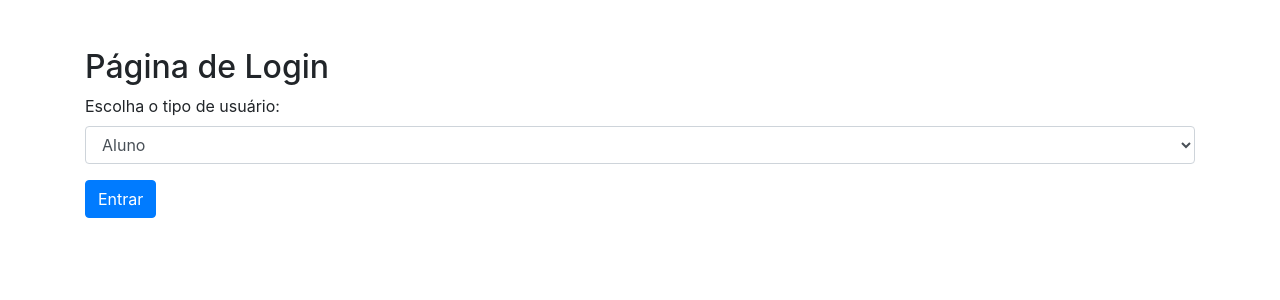
Repository: IrisRPerrorni/APIFullstackGerenciamentoEscolar
Page: Front/index.html
An editor plug-in stored every save of this project. The page is shown before and after the next save, followed by the edit.
The browser window is 1280 px wide. The pictures show the whole page.
Some web libraries are served in a nearby version.

Above is the page before, as saved 2023-09-22 14:09:58.

After the next save:
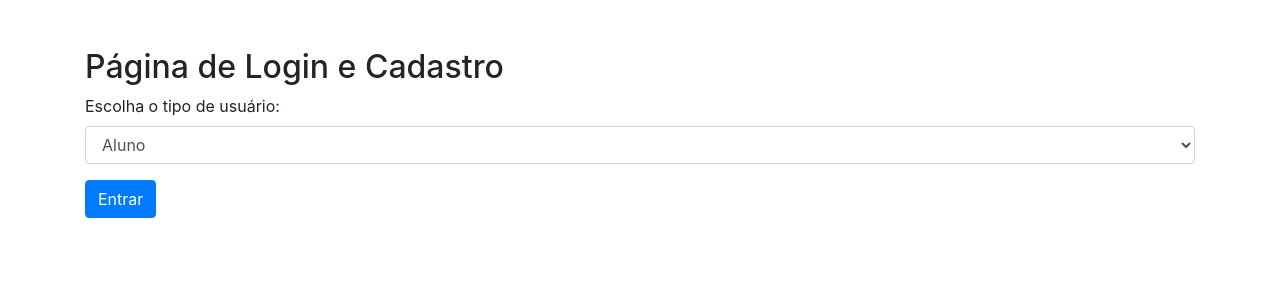
Saved 4 min 31 s later.
--- a/Front/index.html
+++ b/Front/index.html
@@ -3,13 +3,13 @@
 <head>
     <meta charset="UTF-8">
     <meta name="viewport" content="width=device-width, initial-scale=1.0">
-    <title>Página de Login</title>
+    <title>Página de Login e Cadastro</title>
     <!-- Adicione os links para os estilos Bootstrap -->
     <link rel="stylesheet" href="https://maxcdn.bootstrapcdn.com/bootstrap/4.5.2/css/bootstrap.min.css">
 </head>
 <body>
     <div class="container mt-5">
-        <h2>Página de Login</h2>
+        <h2>Página de Login e Cadastro</h2>
         <form id="loginForm">
             <div class="form-group">
                 <label for="tipoUsuario">Escolha o tipo de usuário:</label>
@@ -20,6 +20,19 @@
             </div>
             <button type="submit" class="btn btn-primary">Entrar</button>
         </form>
+
+        <!-- Formulário de Cadastro de Aluno -->
+        <form id="cadastroAlunoForm" style="display: none;">
+            <!-- Adicione os campos relevantes para o cadastro de aluno -->
+            <button type="submit" class="btn btn-success">Cadastrar Aluno</button>
+        </form>
+
+        <!-- Formulário de Cadastro de Professor -->
+        <form id="cadastroProfessorForm" style="display: none;">
+            <!-- Adicione os campos relevantes para o cadastro de professor -->
+            <button type="submit" class="btn btn-success">Cadastrar Professor</button>
+        </form>
+
         <div id="links" class="mt-3">
             <a href="#" id="alunoLink" style="display: none;">Listagem de Alunos</a>
             <a href="#" id="professorLink" style="display: none;">Listagem de Professores</a>
@@ -32,36 +45,24 @@
     <script src="https://cdn.jsdelivr.net/npm/@popperjs/core@2.5.3/dist/umd/popper.min.js"></script>
     <script src="https://maxcdn.bootstrapcdn.com/bootstrap/4.5.2/js/bootstrap.min.js"></script>
     <script>
-        // Adicione a lógica de redirecionamento com base na escolha do usuário
-        document.getElementById('loginForm').addEventListener('submit', function (e) {
-            e.preventDefault();
-            const tipoUsuario = document.getElementById('tipoUsuario').value;
+        // Adicione a lógica de exibição de formulário de cadastro com base na escolha do usuário
+        document.getElementById('tipoUsuario').addEventListener('change', function () {
+            const tipoUsuario = this.value;
             if (tipoUsuario === 'aluno') {
-                // Redirecione para a lista de alunos
-                window.location.href = '/alunos';
+                document.getElementById('cadastroAlunoForm').style.display = 'block';
+                document.getElementById('cadastroProfessorForm').style.display = 'none';
             } else if (tipoUsuario === 'professor') {
-                // Redirecione para a lista de professores
-                window.location.href = '/professores';
+                document.getElementById('cadastroAlunoForm').style.display = 'none';
+                document.getElementById('cadastroProfessorForm').style.display = 'block';
+            } else {
+                document.getElementById('cadastroAlunoForm').style.display = 'none';
+                document.getElementById('cadastroProfessorForm').style.display = 'none';
             }
         });
 
-        // Mostre os links relevantes com base na escolha do usuário
-        document.getElementById('tipoUsuario').addEventListener('change', function () {
-            const tipoUsuario = this.value;
-            if (tipoUsuario === 'aluno') {
-                document.getElementById('alunoLink').style.display = 'inline-block';
-                document.getElementById('professorLink').style.display = 'none';
-                document.getElementById('cursoLink').style.display = 'none';
-            } else if (tipoUsuario === 'professor') {
-                document.getElementById('alunoLink').style.display = 'none';
-                document.getElementById('professorLink').style.display = 'inline-block';
-                document.getElementById('cursoLink').style.display = 'inline-block';
-            } else {
-                document.getElementById('alunoLink').style.display = 'none';
-                document.getElementById('professorLink').style.display = 'none';
-                document.getElementById('cursoLink').style.display = 'none';
-            }
-        });
+        // Restante do código de redirecionamento permanece o mesmo
+        // ...
+
     </script>
 </body>
 </html>
